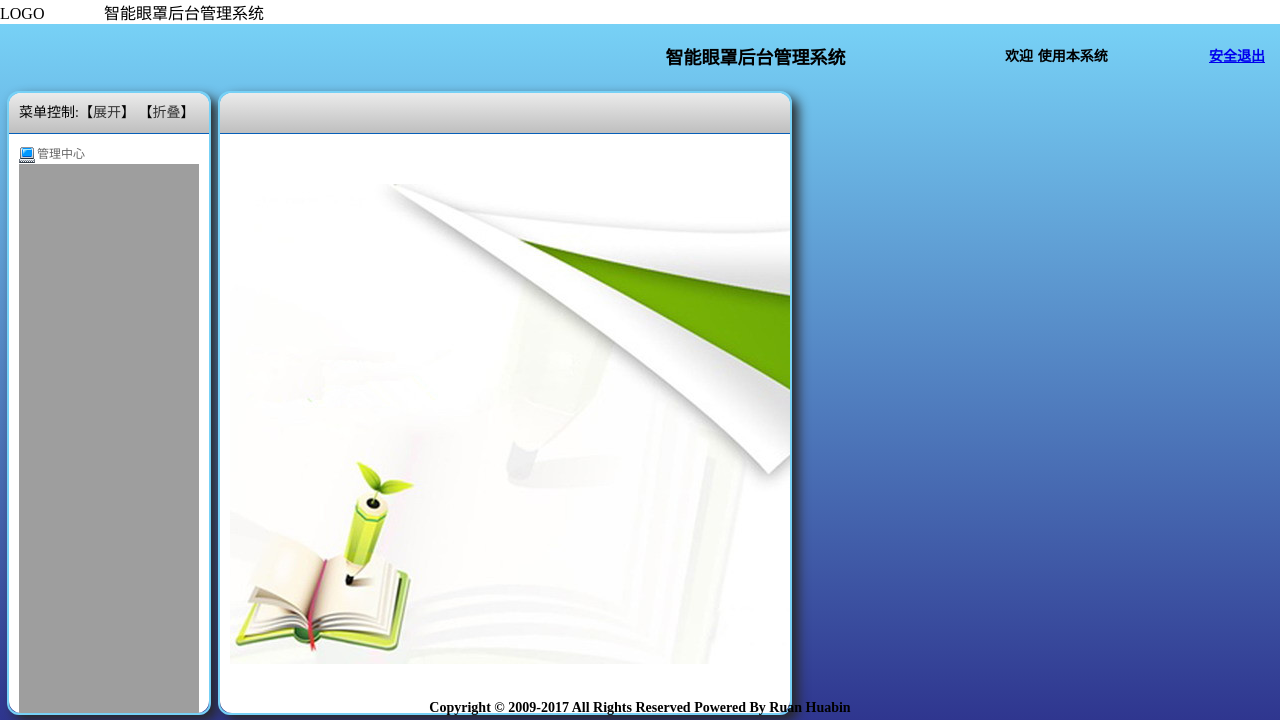
Repository: ruanhuabin/IntelliEyeShade
Page: http://localhost/IntelliEyeShade/admin/admin_login_success.jsp
An editor plug-in stored every save of this project. The page is shown before and after the next save, followed by the edit.
The browser window is 1280 px wide. The pictures show the whole page.
The page is served by Tomcat 9. Nobody is signed in. The application's start-up code is not run.

Above is the page before, as saved 2016-12-06 10:11:39.

After the next save:
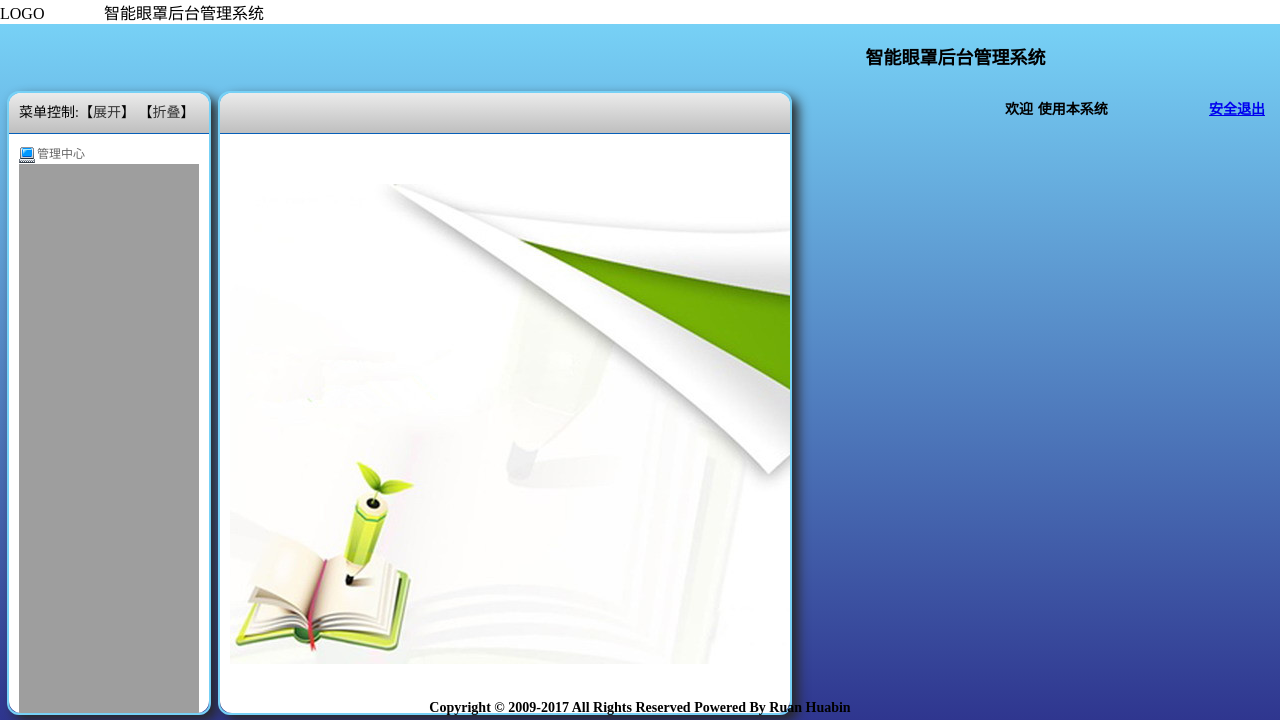
Saved 12 s later.
--- a/IntelliEyeShade/WebRoot/admin/admin_login_success.jsp
+++ b/IntelliEyeShade/WebRoot/admin/admin_login_success.jsp
@@ -24,7 +24,7 @@ LOGO
 
 <div id="wrapper">
 	<div id="header">
-		<div id="logo" style="width:600px; display:inline-block;"></div>
+		<div id="logo" style="width:800px; display:inline-block;"></div>
 
 
 		<div id="title" style="width:400px display:inline-block">智能眼罩后台管理系统</div>
